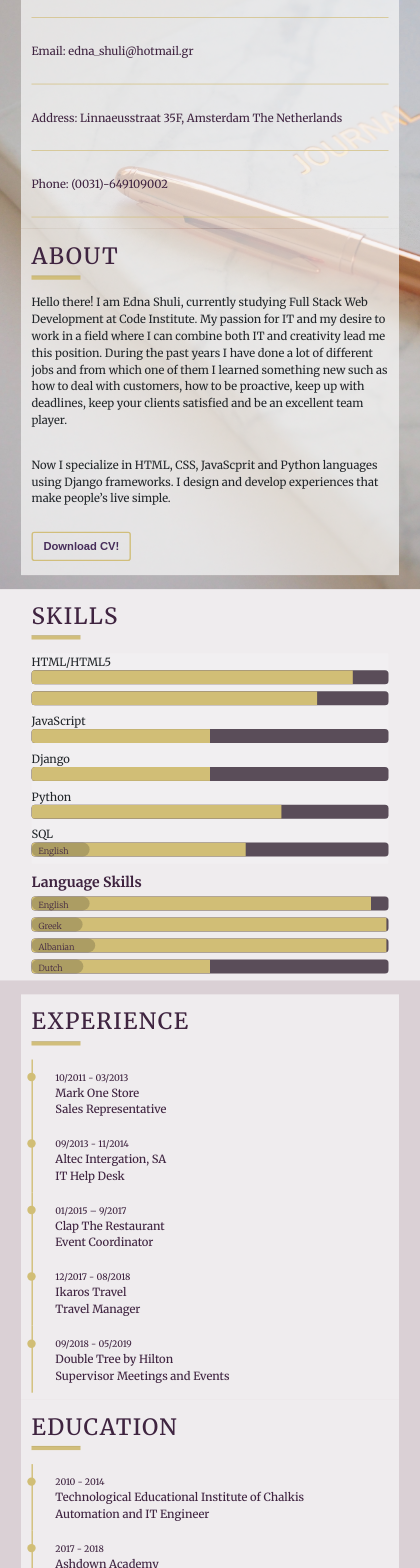
Repository: edshuli/Portfolio
Page: index.html
The author's editor kept a record of every edit. The page is drawn from the files as they stood at one moment, then again after the next edit.
The browser window is 600 px wide. The pictures show the part of the page from y = 972 to 3212 px (the page is 3994 px tall), at 70% of full size.
Backgrounds fixed to the window are drawn as part of the page. Some web fonts or font styles are not loaded; a fallback is used.

Above is the page before.

### index.html
<!DOCTYPE html>
<html lang="en">

<head>
    <meta charset="UTF-8">
    <meta name="viewport" content="width=device-width, initial-scale=1.0">
    <meta http-equiv="X-UA-Compatible" content="ie=edge">
    <link rel="stylesheet" href="https://stackpath.bootstrapcdn.com/bootstrap/4.3.1/css/bootstrap.min.css" type="text/css" />
    <link rel="stylesheet" href="https://maxcdn.bootstrapcdn.com/font-awesome/4.7.0/css/font-awesome.min.css" type="text/css" />
    <link rel="stylesheet" href="https://cdnjs.cloudflare.com/ajax/libs/hover.css/2.3.1/css/hover-min.css" type="text/css" />
    <link rel="stylesheet" href="assets/css/style.css" type="text/css" />
    <title>Edna Shuli - Full Stack Web Developer</title>
</head>

<body>
    <!-- NAVBAR -->
    <div class="container-fluid navbar-menu">
        <div class="row">
            <div class="col-12">
                <!-- NAVBAR -->
                <nav class="navbar navbar-expand-sm fixed-top navbar-light ">
                    <a href="index.html" class="navbar-brand">Ed.Sh</a>
                    <button class="navbar-toggler" type="button" data-toggle="collapse" data-target="#menuDropdown" aria-controls="menuDropdown" aria-expanded="false" aria-label="Toggle navigation">
           <span class="navbar-toggler-icon"></span>
       </button>

                    <div id="menuDropdown" class="navbar-collapse collapse">
                        <ul class="navbar-nav mr-auto">
                            <li><a class="nav-link text-uppercase" href="#about">about</a></li>
                            <li><a class="nav-link text-uppercase" href="#skills">skills</a></li>
                            <li><a class="nav-link text-uppercase" href="#experience">experience</a></li>
                            <li><a class="nav-link text-uppercase" href="#contact">contact</a></li>
                            <li><a class="nav-link text-uppercase" target="_blank" href="assets/cv/Edna-Shuli-Curriculum-Vitae.pdf">cv</a></li>
                        </ul>
                    </div>
            </div>
        </div>
        </nav>
    </div>

    <!-- HOMEPAGE/JUMBOTRON -->

    <div class="container-fluid homepage-container ">
        <div class="row">
            <div class="col">
                <div class="jumbotron ">
                    <h1 class="header">Hi! I'm </br><span class="name">
            Edna Shuli</span></h1>
                    <p class="title">Full Stack Web Developer</p>
                </div>
            </div>
        </div>
    </div>



    <!-- ABOUT -->

    <section class="aboutme" id="about">
        <div class="container aboutme-container">
            <div class="row">
                <div class="col-md-6 personalinfo-container">
                    <div class="personal-info">
                        <h2 class="uppercase">Personal Info</h2>
                        <hr class="title-divider">
                        <ul>
                            <li>Name: Edna Shuli</li>
                            <li>Email: <a href="mailto:edna_shhuli@hotmail.gr">edna_shuli@hotmail.gr</a></li>
                            <li>Address: Linnaeusstraat 35F, Amsterdam The Netherlands</li>
                            <li>Phone: (0031)-649109002</li>
                        </ul>
                    </div>
                </div>
                <div class="col-md-6 about-container">
                    <h2 class="text-uppercase">About</h2>
                    <hr class="title-divider">
                    <div class="aboutitem">
                        <p>Hello there! I am Edna Shuli, currently studying Full Stack Web Development at Code Institute. My passion for IT and my desire to work in a field where I can combine both IT and creativity lead me this position. During the past
                            years I have done a lot of different jobs and from which one of them I learned something new such as how to deal with customers, how to be proactive, keep up with deadlines, keep your clients satisfied and be an excellent team
                            player.
                        </p>
                        </br>
                        <p>Now I specialize in HTML, CSS, JavaScprit and Python languages using Django frameworks. I design and develop experiences that make people’s live simple.

                        </p>
                    </div>
                    <a href="assets/cv/Edna-Shuli-Curriculum-Vitae.pdf" target="_blank"><button class="btn" >Download CV!</button></a>
                </div>
            </div>
        </div>
    </section>



    <!-- Skills -->

    <section class="skills" id="skills">
        <div class="container skills-container">
            <div class="row">
                <div class="col">
                    <h2 class="text-uppercase">Skills</h2>
                    <hr class="title-divider">
                </div>
            </div>
            <div class="skills-item-container">
                <div class="row ">
                    <div class="col">
                        <div class="skill-item-desc">HTML/HTML5</div>
                        <div class="progress">
                            <div class="progress-bar" role="progressbar" aria-valuenow="90" aria-valuemin="0" aria-valuemax="100" style="width:90%">
                                <span class="sr-only">90% complete</span>
                            </div>
                        </div>

                        <div class="progress">
                            <div class="progress-bar" role="progressbar" aria-valuenow="80" aria-valuemin="0" aria-valuemax="100" style="width:80%">
                                <span class="sr-only">80% complete</span>
                            </div>
                        </div>
                        <div class="skill-item-desc">JavaScript</div>
                        <div class="progress">
                            <div class="progress-bar" role="progressbar" aria-valuenow="50" aria-valuemin="0" aria-valuemax="100" style="width:50%">
                                <span class="sr-only">50% complete</span>
                            </div>
                        </div>
                        <div class="skill-item-desc">Django</div>
                        <div class="progress">
                            <div class="progress-bar" role="progressbar" aria-valuenow="50" aria-valuemin="0" aria-valuemax="100" style="width:50%">
                                <span class="sr-only">50% complete</span>
                            </div>
                        </div>
                        <div class="skill-item-desc">Python</div>
                        <div class="progress">
                            <div class="progress-bar" role="progressbar" aria-valuenow="70" aria-valuemin="0" aria-valuemax="100" style="width:70%">
                                <span class="sr-only">70% complete</span>
                            </div>
                        </div>
                        <div class="skill-item-desc">SQL</div>
                        <div class="progress">
                            <div class="progress-bar" role="progressbar" aria-valuenow="60" aria-valuemin="0" aria-valuemax="100" style="width:60%">
                                <span class="sr-only">60% complete</span>
                            </div>
                             <span class="progress-item">English</span>
                        </div>
                    </div>
                </div>
            </div>
            <div class="language-container">
                <div class="row">
                    <div class="col">
                        <h3>Language Skills</h3>
                        <div class="progress">
                            <div class="progress-bar" role="progressbar" aria-valuenow="95" aria-valuemin="0" aria-valuemax="100" style="width:95%">
                                <span class="sr-only">95% complete</span>
                            </div>
                            <span class="progress-item">English</span>
                        </div>
                        <div class="progress">
                            <div class="progress-bar" role="progressbar" aria-valuenow="99.5" aria-valuemin="0" aria-valuemax="100" style="width:99.5%">
                                <span class="sr-only">99.5% complete</span>
                            </div>
                            <span class="progress-item">Greek</span>
                        </div>

                        <div class="progress">
                            <div class="progress-bar" role="progressbar" aria-valuenow="99.5" aria-valuemin="0" aria-valuemax="100" style="width:99.5%">
                                <span class="sr-only">99.5% complete</span>
                            </div>
                            <span class="progress-item">Albanian</span>
                        </div>

                        <div class="progress">
                            <div class="progress-bar" role="progressbar" aria-valuenow="50" aria-valuemin="0" aria-valuemax="100" style="width:50%">
                                <span class="sr-only">50% complete</span>
                            </div>
                            <span class="progress-item">Dutch</span>
                        </div>
                    </div>
                </div>
            </div>
        </div>
    </section>



    <!-- Experience/Education -->

    <section class="info" id="experience">
        <div class="container container-info">
            <div class="row">
                <div class="col-md-6 experience-container">
                    <h2 class="text-uppercase history-heading">Experience</h2>
                    <hr class="title-divider">
                    <div class="history-items">
                        <div class="timeline-item" data-dates="10/2011 - 03/2013">
                            <h7>Mark One Store</h7>
                            <p>Sales Representative</p>
                        </div>
                        <div class="timeline-item" data-dates="09/2013 - 11/2014">
                            <h7>Altec Intergation, SA</h7>
                            <p>IT Help Desk</p>
                        </div>
                        <div class="timeline-item" data-dates="01/2015 – 9/2017">
                            <h7>Clap The Restaurant</h7>
                            <p>Event Coordinator</p>
                        </div>
                        <div class="timeline-item" data-dates="12/2017 - 08/2018">
                            <h7>Ikaros Travel</h7>
                            <p>Travel Manager</p>
                        </div>
                        <div class="timeline-item" data-dates="09/2018  - 05/2019">
                            <h7>Double Tree by Hilton</h7>
                            <p>Supervisor Meetings and Events</p>
                        </div>
                    </div>
                </div>
                <div class="col-md-6 education-container">
                    <h2 class="text-uppercase edu-heading">Education</h2>
                    <hr class="title-divider">
                    <div class="edu-history">
                        <div class="timeline-item" data-dates="2010 - 2014">
                            <h7>Technological Educational Institute of Chalkis </h7>
                            <p>Automation and IT Engineer</p>
                        </div>
                        <div class="timeline-item" data-dates="2017 - 2018">
                            <h7>Ashdown Academy</h7>
                            <p>Event Managment/ Communication and Marketing</p>
                        </div>
                        <div class="timeline-item" data-dates="2019 - present">
                            <h7>Code Institute</h7>
                            <p>Full Stack Web Developer</p>
                        </div>
                    </div>
                </div>
            </div>
        </div>
    </section>



    <!-- Contact -->

    <section class="contact" id="contact">
        <div class="container contact-container ">
            <div class="row contact-form">
                <div class="col position-contact">
                    <h2 class="text-uppercase">Contact</h2>
                    <hr class="title-divider">
                    <p class="contact-text">Do you want to work together? Then hurry up and send me an email!!!</p>
                    <div class="center-form">
                        <form>
                            <div class="contact-item">
                                <input type="text" name="name" id="fullname" class="form-control" placeholder="Name" required/>
                            </div>
                            <div class="contact-item">
                                <input type="text" name="phone" id="phonenumber" class="form-control" placeholder="Phone" required />
                            </div>
                            <div class="contact-item">
                                <input type="email" name="email" id="emailaddress" class="form-control" placeholder="Email" required/>
                            </div>
                            <div class="contact-item">
                                <textarea rows="5" name="projectsummary" id="projectsummary" class="form-control" placeholder="Message" required></textarea>
                            </div>
                            <div class="row text-center">
                                <div class="col">
                                    <button class="btn">READY? GO!</button>
                                </div>
                            </div>
                        </form>
                    </div>
                </div>
            </div>
        </div>
    </section>
    <!-- FOOTER -->

    <footer>
        <div class="container footer-container">
            <div class="row">
                <div class="col-xs-12 icons">
                    <a href="assets/cv/Edna-Shuli-Curriculum-Vitae.pdf" target="_blank"><i class="fa fa-download" aria-hidden="true"></i></a>
                    <a href="https://linkedin.com/in/edna-shuli-49142888" target="_blank"><i class="fa fa-linkedin" aria-hidden="true"></i></a>
                    <a href="https://github.com/edshuli" target="_blank"><i class="fa fa-github" aria-hidden="true"></i></a>
                    <a href="https://www.instagram.com/dido_edna/?hl=el" target="_blank"><i class="fa fa-instagram" aria-hidden="true"></i></a>
                </div>
            </div>
        </div>
    </footer>

    <script src="https://code.jquery.com/jquery-3.3.1.slim.min.js" integrity="sha384-q8i/X+965DzO0rT7abK41JStQIAqVgRVzpbzo5smXKp4YfRvH+8abtTE1Pi6jizo" crossorigin="anonymous"></script>
    <script src="https://cdnjs.cloudflare.com/ajax/libs/popper.js/1.14.7/umd/popper.min.js" integrity="sha384-UO2eT0CpHqdSJQ6hJty5KVphtPhzWj9WO1clHTMGa3JDZwrnQq4sF86dIHNDz0W1" crossorigin="anonymous"></script>
    <script src="https://stackpath.bootstrapcdn.com/bootstrap/4.3.1/js/bootstrap.min.js" integrity="sha384-JjSmVgyd0p3pXB1rRibZUAYoIIy6OrQ6VrjIEaFf/nJGzIxFDsf4x0xIM+B07jRM" crossorigin="anonymous"></script>
</body>


</html>

### assets/css/style.css
@import url('https://fonts.googleapis.com/css?family=Merriweather:100,200,300,400,500,600,700|Playfair+Display:100,200,300,400,500,600,700|Nanum+Gothic:100,200,300,400');

body {
    font-family: "Merriweather", sans-serif;
    background-color: rgba(169, 144, 157, 0.42);
    font-weight: 400;
}




/* ------------------------Button/Download--------------------*/

.btn {
    font: 16px "Playfair", sans-serif;
    font-weight:bold;
    color: #472e5a;
    margin: 20px 0px;
    padding: 10px 15px;
    border: 2px solid #d1be7b;
    display: inline-block;
}

/*---------------------HOMEPAGE/JUMBOTRON--------------------*/

.homepage-container {
    height: 100vh;
    background: url(../images/img-homepage.jpg) no-repeat center center fixed;
    -webkit-background-size: cover;
    -moz-background-size: cover;
    -o-background-size: cover;
    background-size: cover;

    display: flex;
    align-items: center;
    justify-content: center;
}



/*------------------------JUMBOTRON ---------------------*/

.jumbotron {
    background-color: transparent;
    margin-bottom: 0px;
    padding: 150px 700px 50px 0;
}

.header {
    color: #3e2832;
    font-size: 45px;
    font-weight: 300;
    margin-bottom: 10px;
}


.header {
    font-family: "Playfair", sans-serif;
}

span {
    font-family: "Merriweather", sans-serif;
}

.title {
    font-family: "Playfair", sans-serif;
    border-bottom-width: 1px;
    border-bottom-style: solid;
    border-bottom-color: #4f3943;
    border-top-width: 1px;
    border-top-style: solid;
    border-top-color: #4f3943;
    color: #4f3943;
    font-size: 25px;
    font-weight: 300;
    text-transform: uppercase;
    letter-spacing: 1px;
    padding: 15px 0;
}


/*---------------------------------NAVBAR ------------*/

.navbar {
    background-color: rgba(0, 0, 0, 0.55);
    overflow: hidden;
    position: fixed;

}

.navbar-menu {
    padding-left: 0;
    padding-right: 0;

}

.navbar-light .navbar-brand {
    letter-spacing: 1px;
    color: #d1be7b;
    font-size: 15px;
    font-weight: bold;
    transition: all 0.35s ease-in-out;
    -moz-transition: all 0.35s ease-in-out;
    -webkit-transition: all 0.35s ease-in-out;
    -o-transition: all 0.35s ease-in-out;

}

.navbar-light .navbar-brand:hover {
    color: #fafafa;
}

.navbar .navbar-nav a {
    font-weight: 400;
    color: #d1be7b;
    letter-spacing: 1px;
    text-decoration: none;

}

.navbar-light .navbar-nav .nav-link:hover {
    color: #fafafa;
    transition: all 0.35s ease-in-out;
    -moz-transition: all 0.35s ease-in-out;
    -webkit-transition: all 0.35s ease-in-out;
    -o-transition: all 0.35s ease-in-out;
}

.navbar-light .navbar-nav .nav-link {
    color: #d1be7b;
}


/*-----------NAVBAR - MOBILE VERSION ------------*/

.navbar-collapse {
    text-align: right;
    display: block;
}

.navbar-toggler {
    line-height: 1;
    background-color: #f8f9fa7a;
    border: 1px solid #fafaf8;
    border-radius: .25rem;
}

/*----------------------------TITLES/HEADERS----------------------------*/

h2 {
    font-family: "Merriweather", sans-serif;
    color: #3f2440;
    background-color: transparent;
    margin-top: 20px;
    letter-spacing: 2px;
}

.title-divider {
    width: 70px;
    height: 5px;
    background-color: #d1be7b;
    margin: 0 0 20px 0;
}

/*--------------------------ABOUT -------------------*/

.aboutme {
    width: 100vw;
    background: url(../images/imgabout.jpg) no-repeat center center;
    -webkit-background-size: cover;
    -moz-background-size: cover;
    -o-background-size: cover;
    background-size: cover;
    background-color: #f6f4f5;
    position: relative;

}

.personalinfo-container,
.about-container {
    background-color: rgba(250, 250, 250, 0.69);
    margin-bottom: 20px;
    margin-top: 10px;
}



a {
    text-decoration: none;
    color: #3f2440;
}

ul {
    padding: 0;
}

.personal-info ul li {
    border-bottom: 1px solid #d1be7b;
    padding: 35px 0;
    list-style: none;
    color: #3f2440;

}




/*--------------------------------------SKILLS --------*/


.skills-item-container {
    margin-top: 0;
    margin-bottom: 15px;
    background-color: #fafafa33;
}



.progress {
    background-color: rgb(90, 77, 89);
    border-radius: 5px;
    margin-bottom: 10px;
    height: 20px;
}

.progress-bar {
    background-color: #d1be76;
}

.progress-item {
    position: absolute;
    font-weight: 200;
    padding: 3px 30px 2px 10px;
    color: #3f2440;
    background-color: rgba(25, 25, 25, 0.2);
    border-radius: 10px;
    height: 20px;
}


h3 {
    font-size: 20px;
    font-weight: bold;
    color: #3f2440;
}

/*-------------------- EXPERIENCE-EDUCATION---------------*/

.info {
    width: 100vw;
    background: url(../images/expimg.jpg) no-repeat center center;
    -webkit-background-size: cover;
    -moz-background-size: cover;
    -o-background-size: cover;
    background-size: cover;

}

.experience-container,
.education-container {
    background-color: rgba(250, 250, 250, 0.69);
    padding-bottom: 10px;
    margin-top: 20px;
    margin-bottom: 20px;

}



.timeline-item {
    padding: 1em 2em 0em 2em;
    position: relative;
    color: #3f2440;
    font-weight: 500;
    border-left: 2px solid #d1be76;
}

.timeline-item p {
    padding: 0;
    margin: 0;
}

.timeline-item:before {
    content: attr(data-dates);
    left: 2.5em;
    top: 3em;
    display: block;
    font-weight: 500;
    font-size: 0.8em;
    padding: 0;
    margin: 0;
}

.timeline-item:after {
    width: 12px;
    height: 12px;
    display: block;
    top: -4em;
    right: 2.5em;
    position: relative;
    border-radius: 50%;
    content: '';
    background: #d1be76;
}

/*---------------------CONCTACT-----------------*/

.contact {
    width: 100vw;
    background: url(../images/contact-img.jpg) no-repeat center center;
    -webkit-background-size: cover;
    -moz-background-size: cover;
    -o-background-size: cover;
    background-size: cover;

}

.position-contact {
    background-color: #fafafa36;
    margin-top: 20px;
    margin-bottom: 20px;
}


.contact-text {
    color: #3f2440;
}

.contact-item {
    background-color: rgba(255, 255, 255, 0.5);
    border: 1px solid #d1be76;
    border-radius: .50em;
    margin-bottom: 5px;
}

/*-------------------FOOTER----------------------*/

footer {

    margin: 0;
    background-color: rgba(250, 250, 250, 0.28);
    border-color: transparent;
}

i {
    display: inline-block;
    text-align: center;
    font-size: 18px;
    width: 41px;
    height: 41px;
    border-radius: 50%;
    padding-top: 12.5px;
    background-color: #d1be7b;
    margin: 10px 0 10px 10px;
}

i:hover {
    color: #564F6F;

}

/*------------------ MEDIA QUERRIES--------------*/

@media (max-width: 320px) {
    h2 {
        font-size: 20px;
    }

    .skill-item-desc {
        font-weight: bold;

    }

    .progress-item {
        font-weight: bold;
    }


}

@media (max-width: 575px) {

    .container-fluid {
        font-size: 10px;
    }

    .jumbotron {
        background-color: transparent;
        margin-bottom: 0px;
        padding: 5px 0px 100px 0;
    }

    .navbar-toggler {
        line-height: 1;
        background-color: #f8f9fa7a;
        border: 1px solid #fafaf8;
        border-radius: 0.1rem;
    }

    .header {
        font-size: 30px;
        font-weight: 300;
    }

    .title {
        font-size: 15px;
    }
}

@media (min-width: 576px) and (max-width:768px) {

    .jumbotron {
        background-color: transparent;
        margin-bottom: 0px;
        padding: 5px 0px 100px 0;
    }
}

@media (max-width: 767px) {
    .info {
        background-image: none;
    }
    .skills {
        background-image: none;
        background-color: rgba(250, 250, 250, 0.69);
    }

    .personalinfo-container {
        margin-bottom: 0px;
        margin-top: 10px;
    }

    .about-container {
        margin-bottom: 20px;
        margin-top: 0px;
    }

    .experience-container {
        padding-bottom: 10px;
        margin-top: 20px;
        margin-bottom: 0px;

    }

    .education-container {
        padding-bottom: 10px;
        margin-top: 0px;
        margin-bottom: 20px;

    }


    .contact {
        background-image: none;
    }
}

After the next edit:
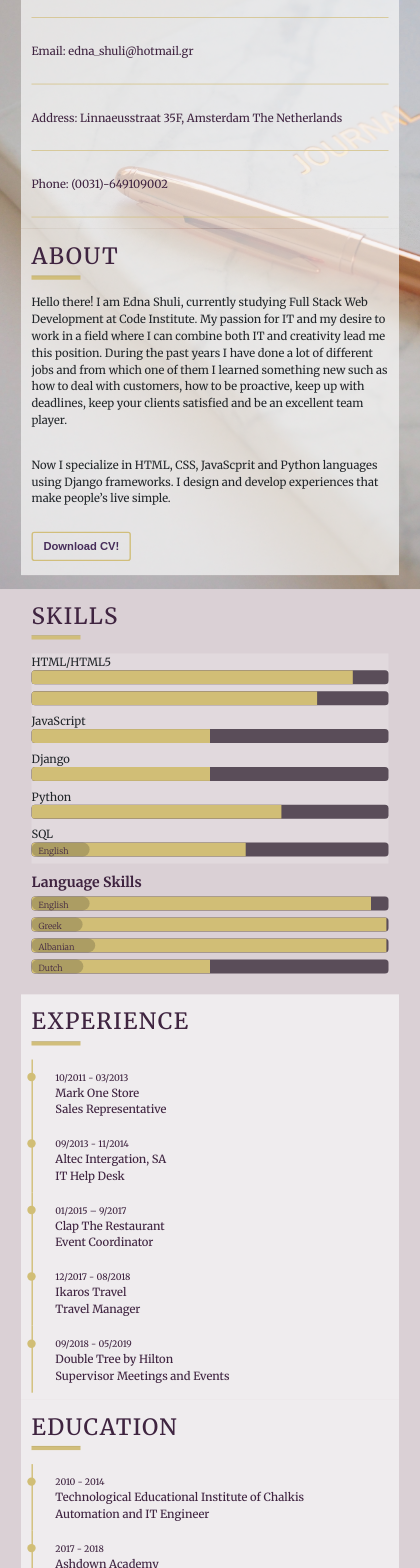
The edit:
--- a/assets/css/style.css
+++ b/assets/css/style.css
@@ -420,10 +420,7 @@
     .info {
         background-image: none;
     }
-    .skills {
-        background-image: none;
-        background-color: rgba(250, 250, 250, 0.69);
-    }
+
 
     .personalinfo-container {
         margin-bottom: 0px;
